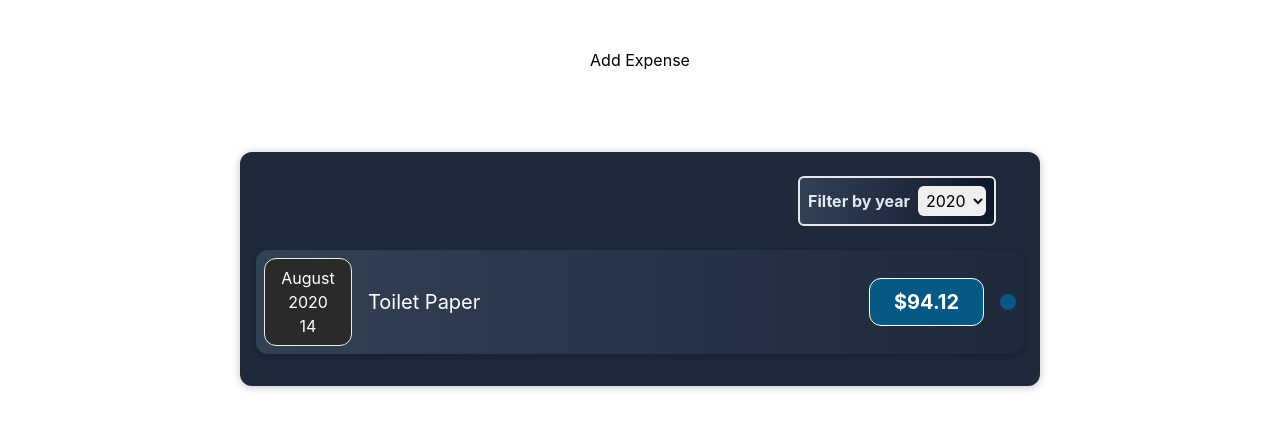
Repository: Sef24/expense-tracker
Page: /
The author's editor kept a copy of each file at every save. The page is drawn from the files as they stood at one save, then again after a run of saves.
The browser window is 1280 px wide. The pictures show the whole page.
The project was rebuilt for these pictures with package versions that can differ from the ones it lists, and the page was loaded fresh each time. Also part of the build but not shown: src/components/NewExpense/NewExpense.css, src/components/NewExpense/ExpenseForm.css, src/components/NewExpense/ExpenseForm.js.

Above is the page before, as saved 2022-05-03 16:30:24.

After the next 2 saves:
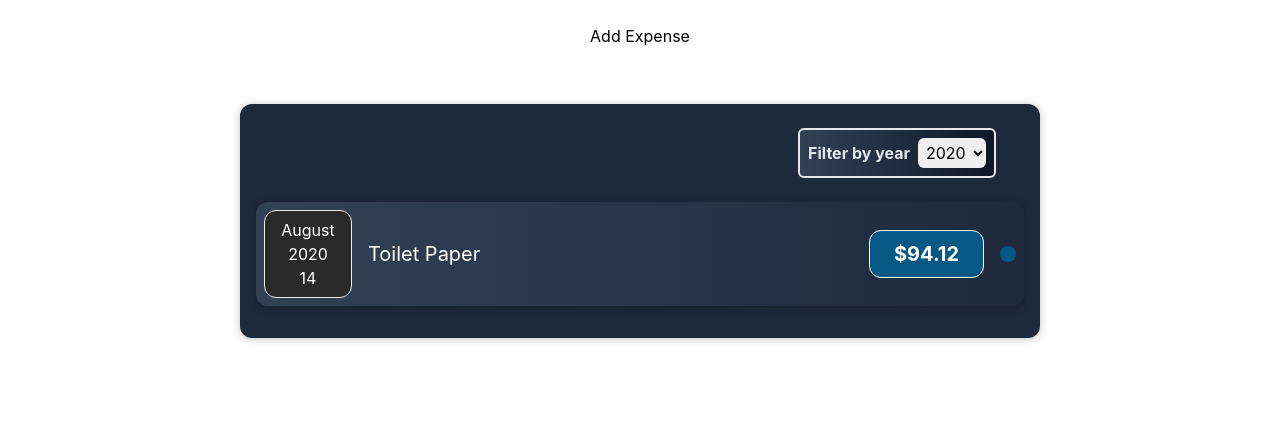
The 2 saves are shown as one change because they came seconds apart.
The last was saved 9 s later.
--- a/src/components/NewExpense/NewExpense.js
+++ b/src/components/NewExpense/NewExpense.js
@@ -29,7 +29,7 @@ function NewExpense(props) {
       {!isEditing && (
         <button
           onClick={startEditingHandler}
-          className="flex w-full p-6 items-center justify-center"
+          className="flex w-full items-center justify-center"
         >
           Add Expense
         </button>
